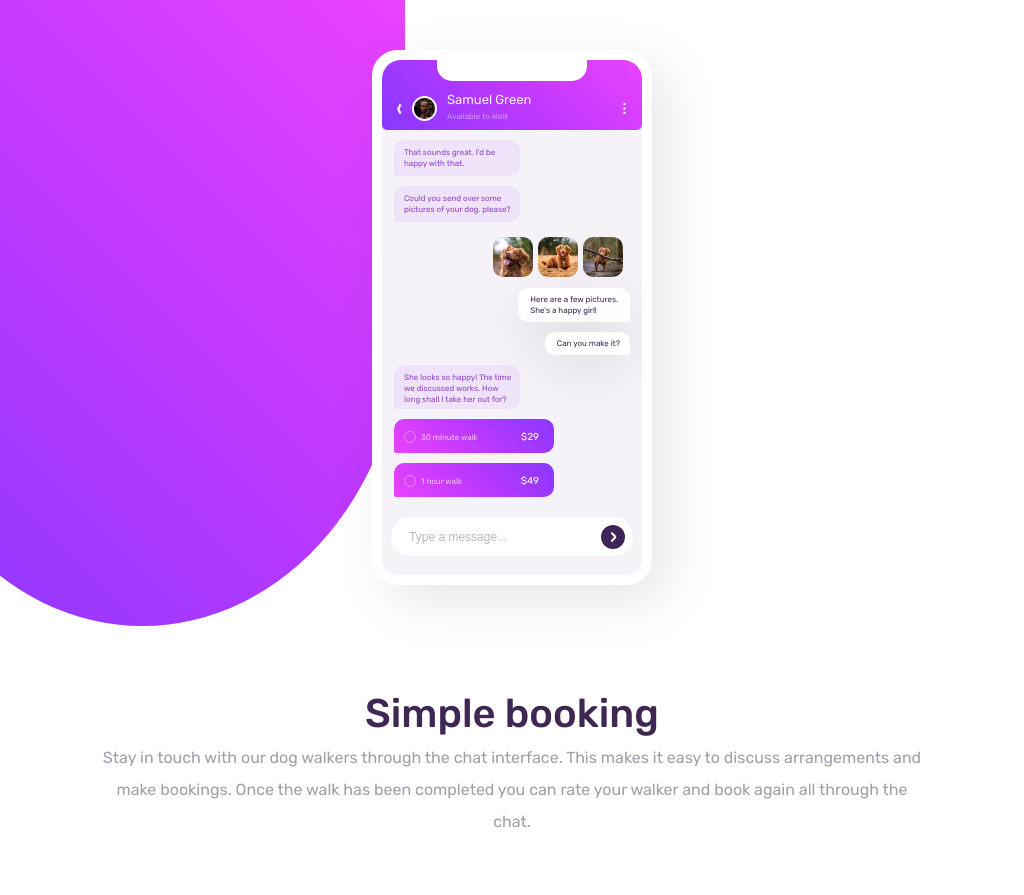
Repository: KamoliddinGIT/chat-app-css-illustration
Page: index.html
An editor plug-in stored every save of this project. The page is shown before and after the next save, followed by the edit.
The browser window is 1024 px wide. The pictures show the whole page.

Above is the page before, as saved 2023-09-25 20:15:33.

### index.html
<!DOCTYPE html>
<html lang="en">
  <head>
    <meta charset="UTF-8" />
    <meta http-equiv="X-UA-Compatible" content="IE=edge" />
    <meta name="viewport" content="width=device-width, initial-scale=1.0" />
    <link
      rel="icon"
      type="image/png"
      sizes="32x32"
      href="./images/favicon-32x32.png"
    />
    <link
      href="https://fonts.googleapis.com/css2?family=Rubik:wght@400;500;700&display=swap"
      rel="stylesheet"
    />
    <link rel="stylesheet" href="./css/style.css" />
    <title>Chat App CSS Illustration</title>
  </head>
  <body>
    <div class="container">
      <div class="bg"></div>
      <div class="card">
        <div class="header">
          <div class="cam"></div>
          <div class="header_contents">
            <div class="header-left-side">
              <img
                src="./images/arrow.svg"
                alt="left_arrow"
                class="back_icon"
              />
              <img class="avatar" src="./images/avatar.jpg" alt="avatar" />
              <h2>
                Samuel Green <br />
                <span>Available to Walk </span>
              </h2>
            </div>
            <img src="./images/menu.svg" alt="menu" class="menu" />
          </div>
        </div>
        <div class="card-messages">
          <div class="receive-message">
            That sounds great. I'd be happy with that.
          </div>
          <div class="receive-message">
            Could you send over some pictures of your dog, please?
          </div>
          <div class="sent-photo">
            <img src="./images/dog-image-1.jpg" alt="dog1" />
            <img src="./images/dog-image-2.jpg" alt="dog2" />
            <img src="./images/dog-image-3.jpg" alt="dog3" />
          </div>
          <div class="sent-msg">
            Here are a few pictures. She's a happy girl!
          </div>
          <div class="next-msg">Can you make it?</div>
          <div class="receive-message">
            She looks so happy! The time we discussed works. How long shall I
            take her out for?
          </div>
          <div class="receive-price">
            <div class="circle"></div>
            <span class="times">30 minute walk </span>
            <div class="price">$29</div>
          </div>
          <div class="receive-price">
            <div class="circle"></div>
            <span class="times">1 hour walk </span>
            <div class="price">$49</div>
          </div>
          <input
            type="text"
            placeholder="Type a message..."
            class="input-msg"
          />
        </div>
      </div>
      <div class="right-side">
        <h1>Simple booking</h1>
        <p>
          Stay in touch with our dog walkers through the chat interface. This
          makes it easy to discuss arrangements and make bookings. Once the walk
          has been completed you can rate your walker and book again all through
          the chat.
        </p>
      </div>
    </div>
  </body>
</html>

### css/style.css
* {
  margin: 0;
  padding: 0;
  box-sizing: border-box;
}

.container {
  width: 85%;
  min-height: 100vh;
  display: flex;
  justify-content: center;
  gap: 160px;
  align-items: center;
  background-color: white;
  font-family: "Rubik", sans-serif;
}

.bg {
  width: 525px;
  height: 87%;
  left: -120px;
  top: 0;
  position: absolute;
  background-image: linear-gradient(
    45deg,
    hsl(264deg 100% 61%) 0%,
    hsl(280deg 100% 61%) 50%,
    hsl(293deg 100% 63%) 100%
  );
  border-radius: 0 0 50% 50%;
}

.card {
  z-index: 99;
  width: 280px;
  height: 535px;
  border-radius: 1.6rem;
  background-color: hsl(270, 20%, 96%);
  border: 10px solid white;
  box-shadow: 1rem 1rem 3.5rem rgba(0, 0, 0, 0.1);
  overflow: hidden;
}

.header {
  display: flex;
  justify-content: center;
  align-items: center;
  color: white;
  position: relative;
  width: 100%;
  height: 70px;
  border-radius: 1.2rem 1.2rem 5px 5px;
  display: flex;
  flex-direction: column;
  align-items: center;
  background-image: linear-gradient(
    45deg,
    hsl(264deg 100% 61%) 0%,
    hsl(280deg 100% 61%) 50%,
    hsl(293deg 100% 63%) 100%
  );
}

.cam {
  width: 150px;
  height: 22px;
  top: 0;
  background-color: white;
  border-radius: 0 0 15px 15px;
  position: absolute;
  margin: -1px auto 0 auto;
}

.back_icon {
  width: 5px;
  height: 18px;
  cursor: pointer;
}

.header_contents {
  margin-top: 27px;
  width: 100%;
  height: 15px;
  display: flex;
  align-items: center;
  justify-content: space-between;
  padding: 15px;
}

.header-left-side {
  width: 164px;
  height: 29px;
  display: flex;
  align-items: center;
  gap: 10px;
}

.avatar {
  width: 25px;
  height: 25px;
  object-fit: fill;
  border-radius: 50%;
  border: 2px solid white;
}

.header-left-side h2 {
  font-size: 13px;
  font-weight: 400;
  padding-bottom: 3px;
  color: hsl(270, 20%, 96%);
}

.header-left-side h2 span {
  font-size: 8px;
  font-weight: 400;
  opacity: 0.5;
  color: hsl(270, 20%, 96%);
}

.menu {
  cursor: pointer;
  width: 5px;
}

.card-messages {
  display: flex;
  flex-direction: column;
  width: 260px;
  height: 446px;
}

.receive-message {
  width: 126px;
  min-height: 36px;
  background-color: hsla(276, 100%, 81%, 0.2);
  padding: 7px 5px 7px 10px;
  border-radius: 10px 10px 10px 2px;
  margin: 10px 0 0 12px;
  font-size: 8px;
  line-height: 11px;
  color: hsl(276, 55%, 52%);
}

.sent-photo {
  margin: 15px 12px 0 auto;
  width: 142px;
  height: 44px;
  display: flex;
  align-items: center;
}

.sent-photo img {
  width: 40px;
  height: 40px;
  border-radius: 10px;
  object-fit: fill;
  margin-inline-start: 5px;
}

.sent-msg {
  width: 133px;
  height: 34px;
  background-color: white;
  padding: 6px 10px 6px 12px;
  border-radius: 10px 10px 2px 10px;
  box-shadow: 0 1rem 3.5rem rgba(0, 0, 0, 0.1);
  margin: 10px 12px 0 auto;
  font-size: 8px;
  color: hsl(271, 36%, 24%);
  max-width: 22ch;
  line-height: 11px;
}

.next-msg {
  width: 85px;
  height: 23px;
  background-color: white;
  width: fit-content;
  padding: 6px 10px 6px 12px;
  border-radius: 10px 10px 2px 10px;
  box-shadow: 0 1rem 3.5rem rgba(0, 0, 0, 0.1);
  margin: 10px 12px 0 auto;
  font-size: 8px;
  color: hsl(271, 36%, 24%);
  max-width: 22ch;
  line-height: 11px;
}

.receive-price {
  width: 160px;
  height: 34px;
  display: inline-flex;
  align-items: center;
  gap: 5px;
  background-color: hsla(276, 100%, 81%, 0.2);
  width: 160px;
  padding: 12px 15px 10px 10px;
  border-radius: 10px 10px 10px 2px;
  margin: 10px 0 0 12px;
  color: white;
  background-image: linear-gradient(
    45deg,
    hsl(293deg 100% 63%) 0%,
    hsl(280deg 100% 61%) 50%,
    hsl(264deg 100% 61%) 100%
  );
}

.circle {
  width: 12px;
  height: 12px;
  border: 1px solid hsl(270, 20%, 96%);
  border-radius: 50%;
  opacity: 0.4;
}

.times {
  font-size: 8px;
  opacity: 0.7;
}

.price {
  font-size: 10px;
  margin-left: auto;
}

.input-msg {
  width: 93%;
  border: none;
  padding: 12px 40px 12px 18px;
  border-radius: 1.5rem;
  outline: none;
  font-weight: 500;
  color: hsl(271, 36%, 24%);
  margin: 20px auto;
  background-image: url("../images/send-icon.svg");
  background-repeat: no-repeat;
  background-position: 210px;
  background-size: 24px 24px;
}

::placeholder {
  font-size: 12px;
  opacity: 0.5;
}

.right-side {
  z-index: 99;
  width: 300px;
}

.right-side h1 {
  width: 100%;
  color: #3e2753;
  padding: 4rem 0 1rem 0;
  font-weight: 500;
  font-size: 2.5rem;
  text-align: start;
}

.right-side p {
  font-size: 16px;
  font-weight: 300;
  text-align: start;
  line-height: 2rem;
  color: #a39daa;
}

/* --------------media-starts--------------- */

@media only screen and (max-width: 1200px) {
  body {
    width: 100%;
    min-height: 100vh;
    display: flex;
    justify-content: center;
    align-items: center;
  }
  .container {
    margin-top: 50px;
    max-width: 1200px;
    width: 100%;
    justify-content: center;
    gap: 0;
    flex-direction: column;
  }
  .right-side {
    padding: 100px;
    width: 100%;
    height: 240px;
    margin-bottom: 70px;
  }
  .right-side h1 {
    width: 100%;
    padding: 5px 0;
    text-align: center;
  }

  .right-side p {
    width: 100%;
    text-align: center;
  }
}

@media only screen and (max-width: 700px) {
  .container {
    max-width: 700px;
    width: 100%;
  }
  .bg {
    left: -220px;
  }
}

@media only screen and (max-width: 500px) {
  .bg {
    left: -300px;
  }
}

After the next save:
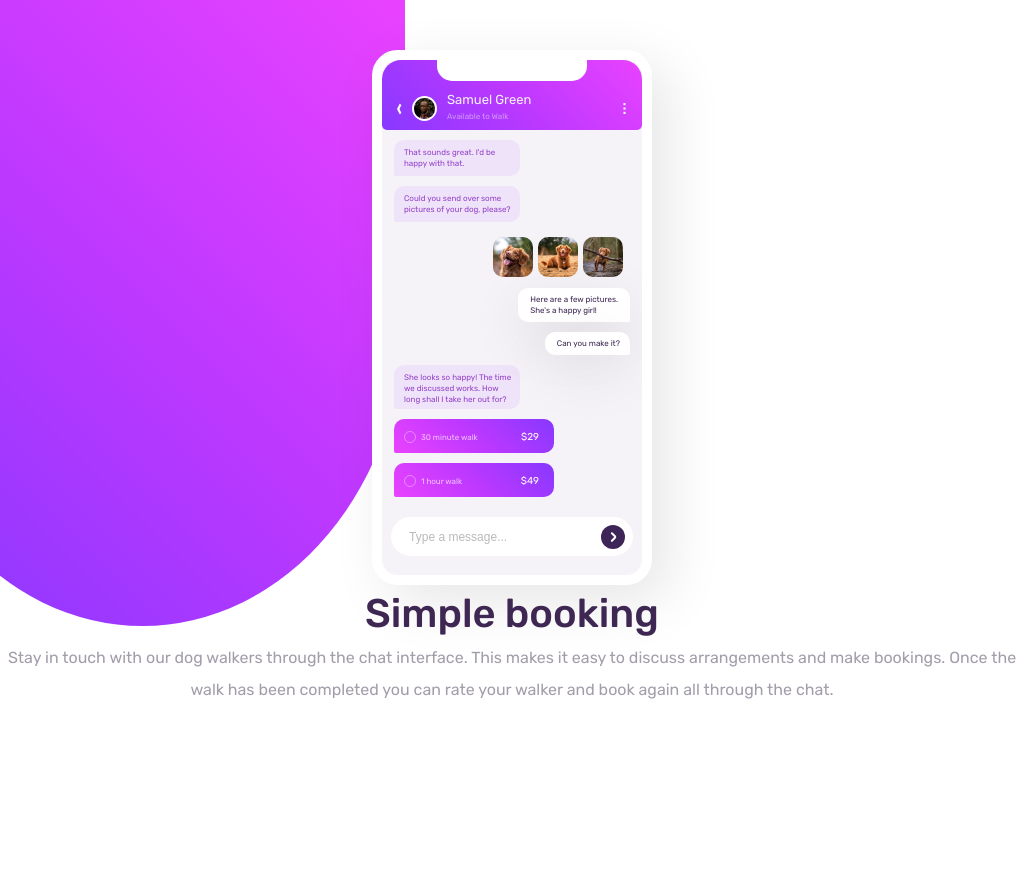
Saved 9 s later.
--- a/css/style.css
+++ b/css/style.css
@@ -285,7 +285,7 @@
     flex-direction: column;
   }
   .right-side {
-    padding: 100px;
+    /* padding: 100px; */
     width: 100%;
     height: 240px;
     margin-bottom: 70px;

After the save that followed:
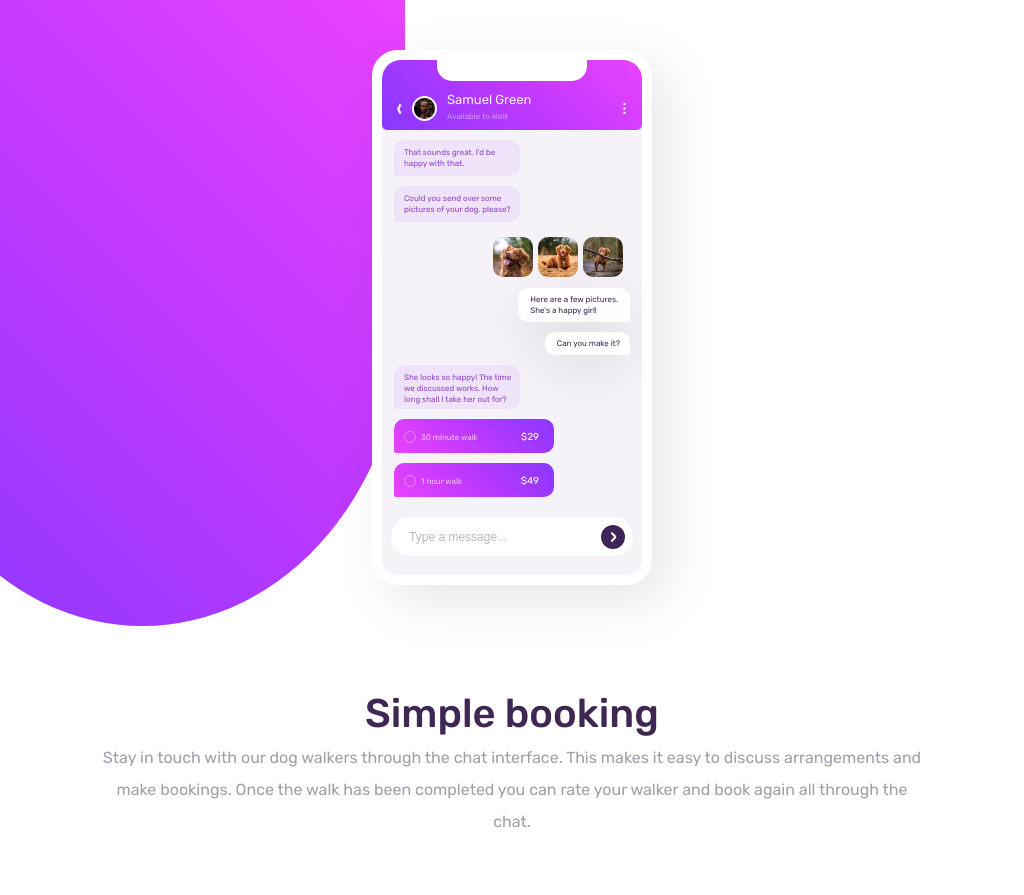
Saved 7 s later.
--- a/css/style.css
+++ b/css/style.css
@@ -285,7 +285,7 @@
     flex-direction: column;
   }
   .right-side {
-    /* padding: 100px; */
+    padding: 100px;
     width: 100%;
     height: 240px;
     margin-bottom: 70px;
